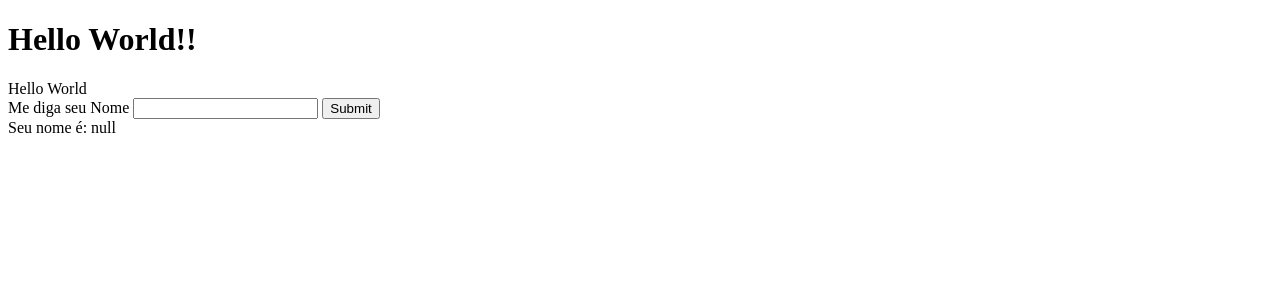
Repository: kawanwagnner/estudos_java
Page: http://localhost/FicSabado/
These files come from the project's save history. The page is drawn as it stood at one moment and after the next save; the edit follows.
The browser window is 1280 px wide. The pictures show the whole page.
The page is served by Tomcat 9.

Above is the page before, as saved 2024-02-17 20:50:15.

After the next save:
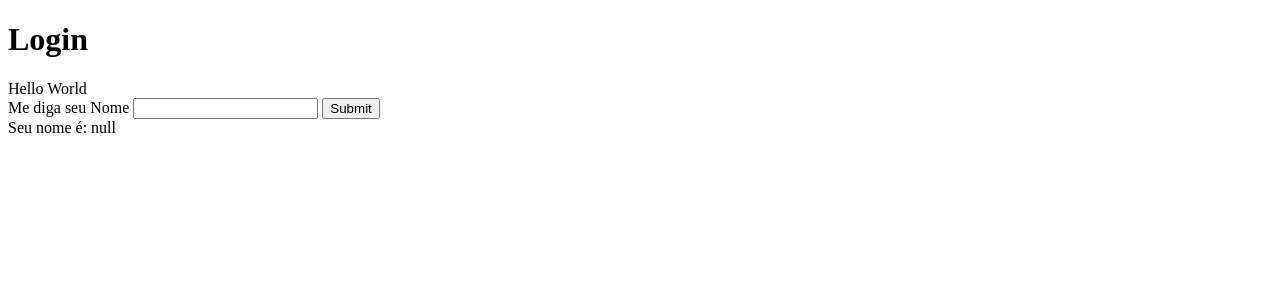
Saved 116 s later.
--- a/FicSabado/src/main/webapp/index.jsp
+++ b/FicSabado/src/main/webapp/index.jsp
@@ -7,7 +7,7 @@
 <title>Java WEB</title>
 </head>
 <body>
-	<h1>Hello World!!</h1>
+	<h1>Login</h1>
 	<%
 		out.println("Hello World");
 	%>
